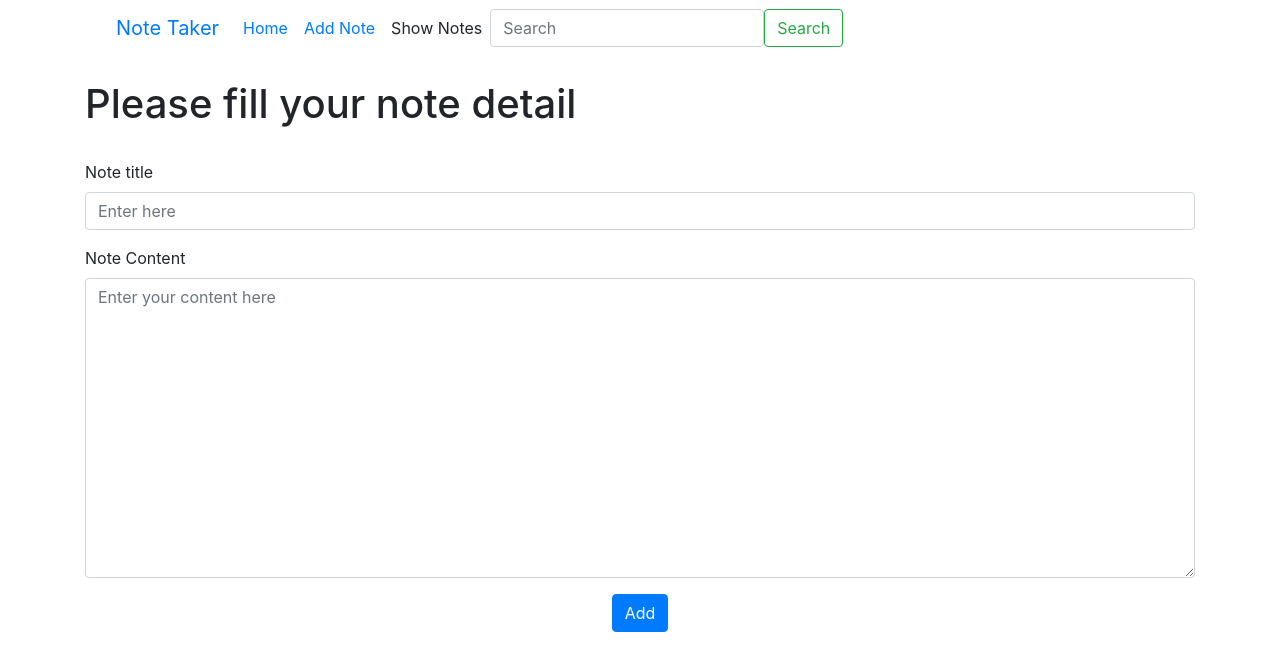
Repository: AnkitSavani111/My-Refs
Page: http://localhost/NoteTaker/add_notes.jsp
These files come from the project's save history. The page is drawn as it stood at one moment and after the next save; the edit follows.
The browser window is 1280 px wide. The pictures show the whole page.
Some web libraries are served in a nearby version. The page is served by Tomcat 9. Nobody is signed in. The application's start-up code is not run. Other server files are loaded and not shown.

Above is the page before, as saved 2023-06-11 11:23:40.

### Projects/NoteTaker/src/main/webapp/add_notes.jsp
<%@ page language="java" contentType="text/html; charset=ISO-8859-1" pageEncoding="ISO-8859-1" %>
	<!DOCTYPE html>
	<html>

	<head>
		<meta charset="ISO-8859-1">
		<title>Add Notes</title>
		<%@include file="all_js_css.jsp" %>
	</head>

	<body>

		<div class="container">
			<%@include file="navbar.jsp" %>
				<br>

				<h1>Please fill your note detail</h1>
				<br>

				<!-- this is add form  -->

				<form action="SaveNoteServlet" method="post">

					<div class="form-group">
						<label for="title">Note title</label>
						<input name="title" required type="text" class="form-control" id="title"
							aria-describedby="emailHelp" placeholder="Enter here" />

					</div>


					<div class="form-group">
						<label for="content">Note Content</label>
						<textarea name="content" required id="content" placeholder="Enter your content here"
							class="form-control" style="height: 300px;"></textarea>


					</div>

					<div class="container text-center">

						<button type="submit" class="btn btn-primary">Add</button>
					</div>

				</form>

		</div>


	</body>

	</html>

### Projects/NoteTaker/src/main/webapp/all_js_css.jsp

<!-- Bootstrap CSS -->
<link rel="stylesheet"
	href="https://maxcdn.bootstrapcdn.com/bootstrap/4.0.0/css/bootstrap.min.css"
	integrity="sha384-Gn5384xqQ1aoWXA+058RXPxPg6fy4IWvTNh0E263XmFcJlSAwiGgFAW/dAiS6JXm"
	crossorigin="anonymous">

<link href="css/style.css" rel="stylesheet" />


<!-- Optional JavaScript -->
<!-- jQuery first, then Popper.js, then Bootstrap JS -->
<script src="https://code.jquery.com/jquery-3.2.1.slim.min.js"
	integrity="sha384-KJ3o2DKtIkvYIK3UENzmM7KCkRr/rE9/Qpg6aAZGJwFDMVNA/GpGFF93hXpG5KkN"
	crossorigin="anonymous"></script>
<script
	src="https://cdnjs.cloudflare.com/ajax/libs/popper.js/1.12.9/umd/popper.min.js"
	integrity="sha384-ApNbgh9B+Y1QKtv3Rn7W3mgPxhU9K/ScQsAP7hUibX39j7fakFPskvXusvfa0b4Q"
	crossorigin="anonymous"></script>
<script
	src="https://maxcdn.bootstrapcdn.com/bootstrap/4.0.0/js/bootstrap.min.js"
	integrity="sha384-JZR6Spejh4U02d8jOt6vLEHfe/JQGiRRSQQxSfFWpi1MquVdAyjUar5+76PVCmYl"
	crossorigin="anonymous"></script>

### Projects/NoteTaker/src/main/webapp/navbar.jsp
<nav class="navbar navbar-expand-lg bg-body-tertiary">
    <div class="container-fluid">
      <a class="navbar-brand" href="#">Note Taker</a>
      <button class="navbar-toggler" type="button" data-bs-toggle="collapse" data-bs-target="#navbarSupportedContent" aria-controls="navbarSupportedContent" aria-expanded="false" aria-label="Toggle navigation">
        <span class="navbar-toggler-icon"></span>
      </button>
      <div class="collapse navbar-collapse" id="navbarSupportedContent">
        <ul class="navbar-nav me-auto mb-2 mb-lg-0">
          <li class="nav-item">
            <a class="nav-link active" aria-current="page" href="#">Home</a>
          </li>
          <li class="nav-item">
            <a class="nav-link" href="#">Add Note</a>
          </li>
          <li class="nav-item">
            <a class="nav-link disabled">Show Notes</a>
          </li>
        </ul>
        <form class="d-flex" role="search">
          <input class="form-control me-2" type="search" placeholder="Search" aria-label="Search">
          <button class="btn btn-outline-success" type="submit">Search</button>
        </form>
      </div>
    </div>
  </nav>

### Projects/NoteTaker/src/main/webapp/css/style.css
.purple{

	background:#673ab7;
}

After the next save:
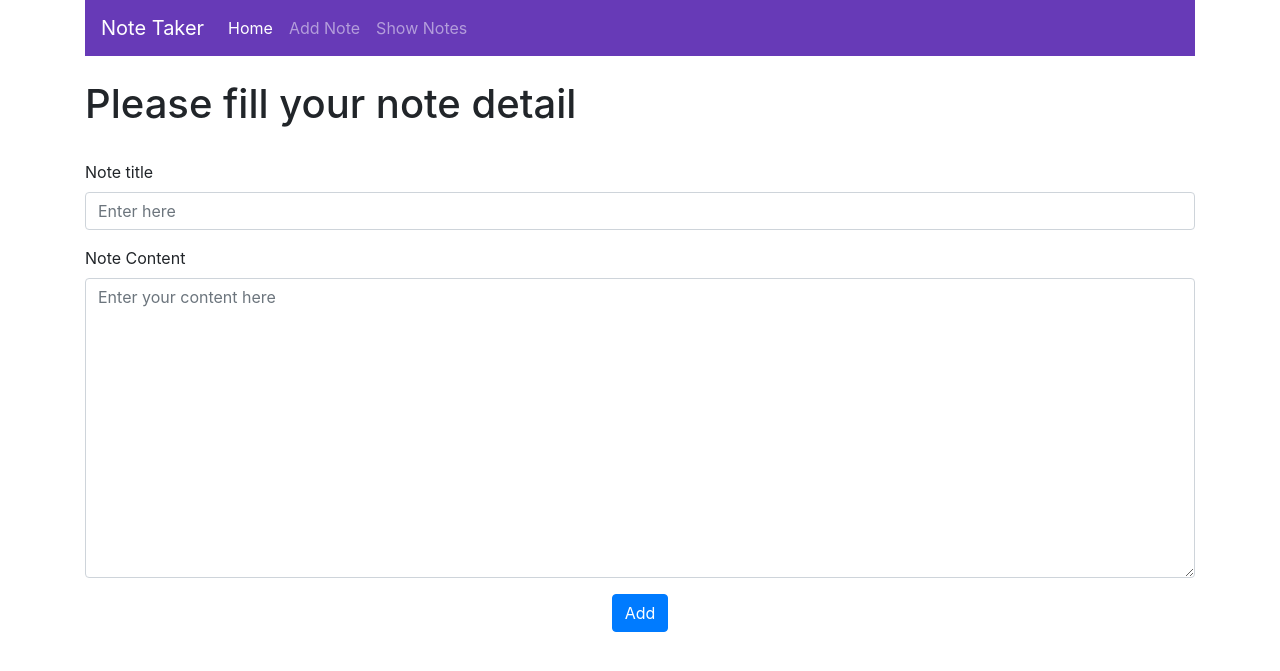
Saved 51 s later.
--- a/Projects/NoteTaker/src/main/webapp/navbar.jsp
+++ b/Projects/NoteTaker/src/main/webapp/navbar.jsp
@@ -1,25 +1,22 @@
-<nav class="navbar navbar-expand-lg bg-body-tertiary">
-    <div class="container-fluid">
-      <a class="navbar-brand" href="#">Note Taker</a>
-      <button class="navbar-toggler" type="button" data-bs-toggle="collapse" data-bs-target="#navbarSupportedContent" aria-controls="navbarSupportedContent" aria-expanded="false" aria-label="Toggle navigation">
-        <span class="navbar-toggler-icon"></span>
-      </button>
-      <div class="collapse navbar-collapse" id="navbarSupportedContent">
-        <ul class="navbar-nav me-auto mb-2 mb-lg-0">
-          <li class="nav-item">
-            <a class="nav-link active" aria-current="page" href="#">Home</a>
-          </li>
-          <li class="nav-item">
-            <a class="nav-link" href="#">Add Note</a>
-          </li>
-          <li class="nav-item">
-            <a class="nav-link disabled">Show Notes</a>
-          </li>
-        </ul>
-        <form class="d-flex" role="search">
-          <input class="form-control me-2" type="search" placeholder="Search" aria-label="Search">
-          <button class="btn btn-outline-success" type="submit">Search</button>
-        </form>
-      </div>
-    </div>
-  </nav>
+<nav class="navbar navbar-expand-lg navbar-dark purple">
+  <a class="navbar-brand" href="index.jsp">Note Taker</a>
+  <button class="navbar-toggler" type="button" data-toggle="collapse" data-target="#navbarSupportedContent" aria-controls="navbarSupportedContent" aria-expanded="false" aria-label="Toggle navigation">
+    <span class="navbar-toggler-icon"></span>
+  </button>
+
+  <div class="collapse navbar-collapse" id="navbarSupportedContent">
+    <ul class="navbar-nav mr-auto">
+      <li class="nav-item active">
+        <a class="nav-link" href="index.jsp">Home <span class="sr-only">(current)</span></a>
+      </li>
+      <li class="nav-item">
+        <a class="nav-link" href="add_notes.jsp">Add Note</a>
+      </li>
+
+      <li class="nav-item">
+        <a class="nav-link " href="all_notes.jsp">Show Notes</a>
+      </li>
+    </ul>
+
+  </div>
+</nav>
